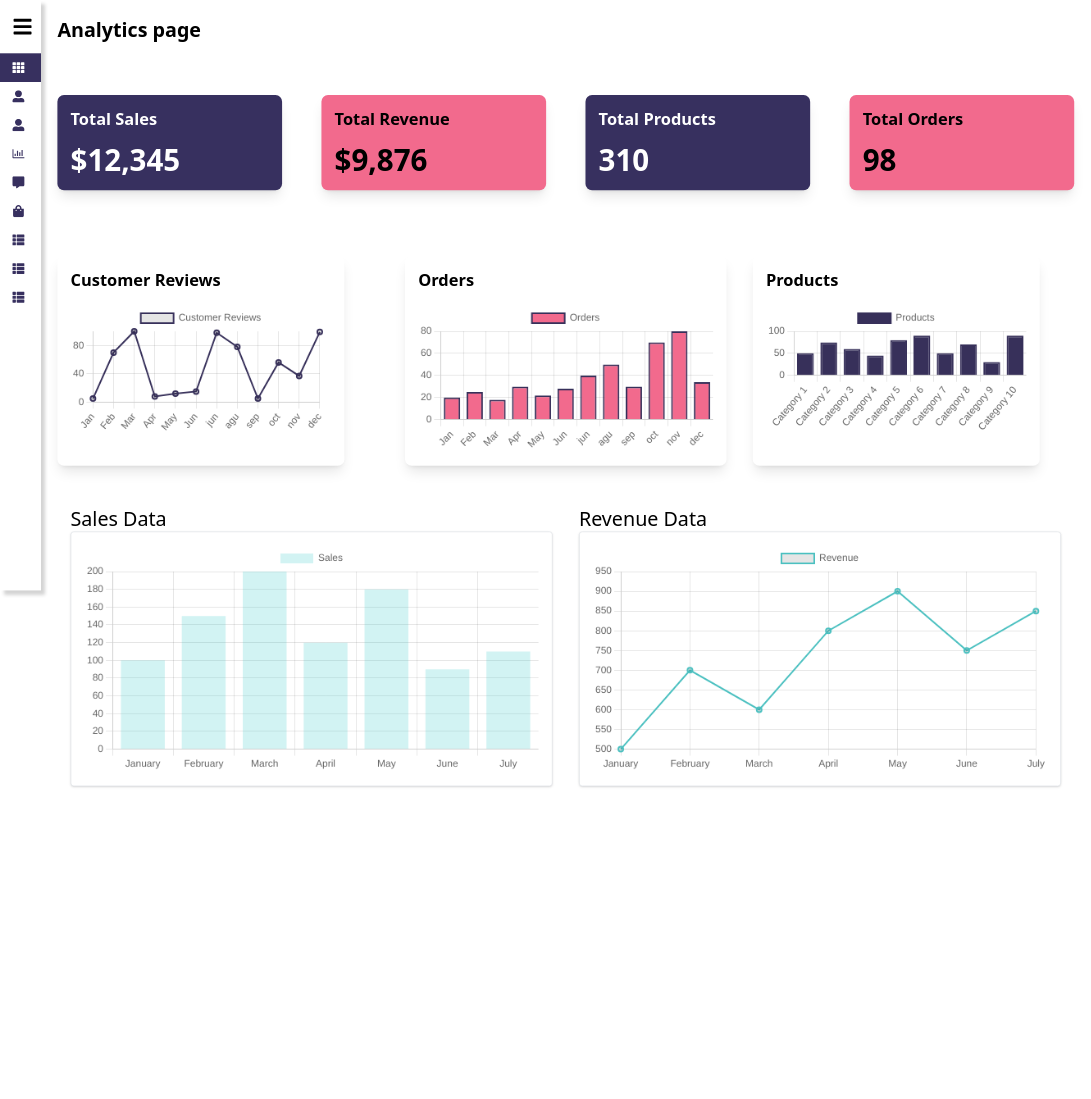
Repository: AndargWorku12/admin-dashboard
Page: /
These files come from the project's save history. The page is drawn as it stood at one moment and after the next save; the edit follows.
The browser window is 1280 px wide. The page is 1330 px wide, so the pictures cover 1330 px, including what lies to the right of the window. The pictures show the whole page, at 82% of full size.
The project was rebuilt for these pictures with package versions that can differ from the ones it lists, and the page was loaded fresh each time. Also part of the build but not shown: src/styles/orders.css, src/pages/OrderTable.tsx, src/pages/OrderModal.tsx, src/pages/Orders.tsx, src/pages/CategoryDropdown.tsx, src/pages/CategoryModal.tsx, src/pages/CategoryPage.tsx, src/styles/login.css and 9 more.

Above is the page before, as saved 2024-02-02 05:23:50.

After the next save:
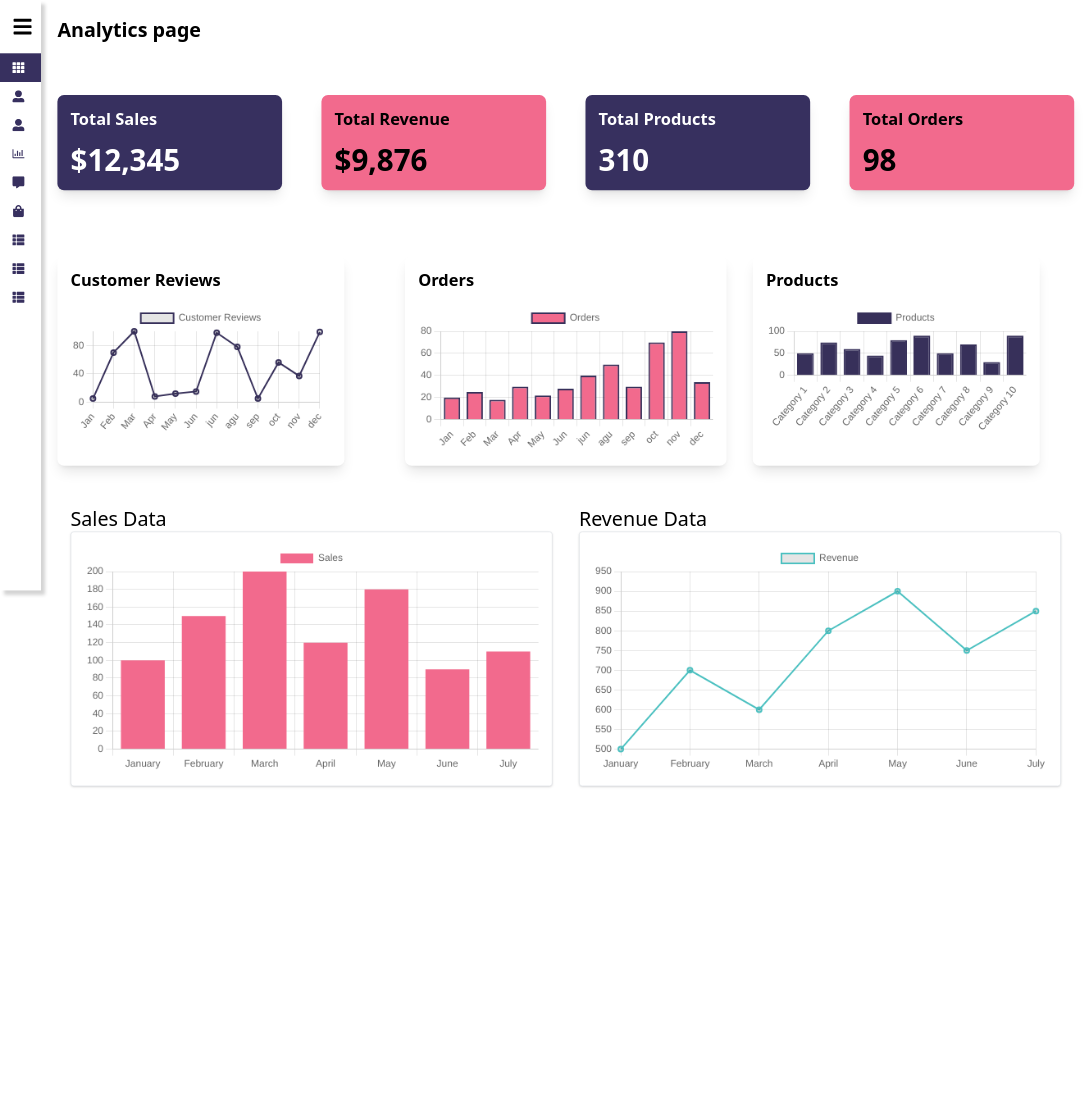
Saved 5 min 26 s later.
--- a/src/pages/Dashboard.tsx
+++ b/src/pages/Dashboard.tsx
@@ -47,7 +47,7 @@ const Dashboard: React.FC<DashboardProps> = ({ saleData, revenueData }) => {
       {
         label: 'Sales',
         data: saleData.map((data) => data.amount),
-        backgroundColor: 'rgba(34,192,192,0.2)',
+        backgroundColor: '#F26A8D',
 
 
 
